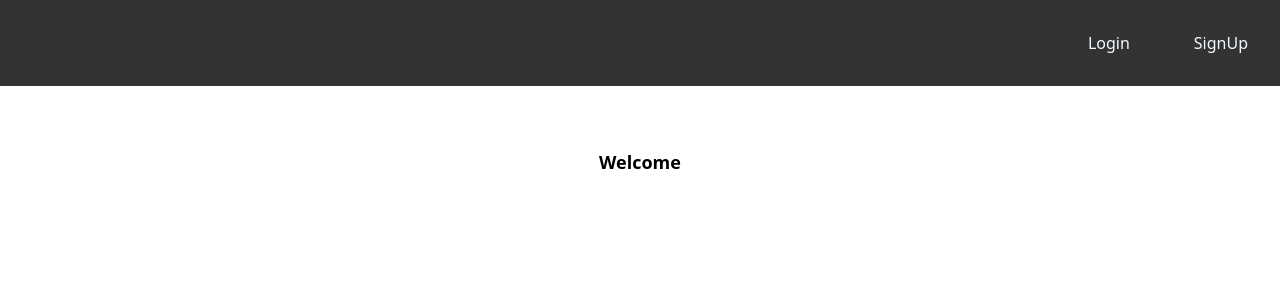
Repository: Ndifoinhilary/authentication
Page: http://localhost/
An editor plug-in stored every save of this project. The page is shown before and after the next save, followed by the edit.
The browser window is 1280 px wide. The pictures show the whole page.
The page is served by the project's application, run on Django 3.2 (manage.py).

Above is the page before, as saved 2024-01-05 17:31:04.

After the next save:
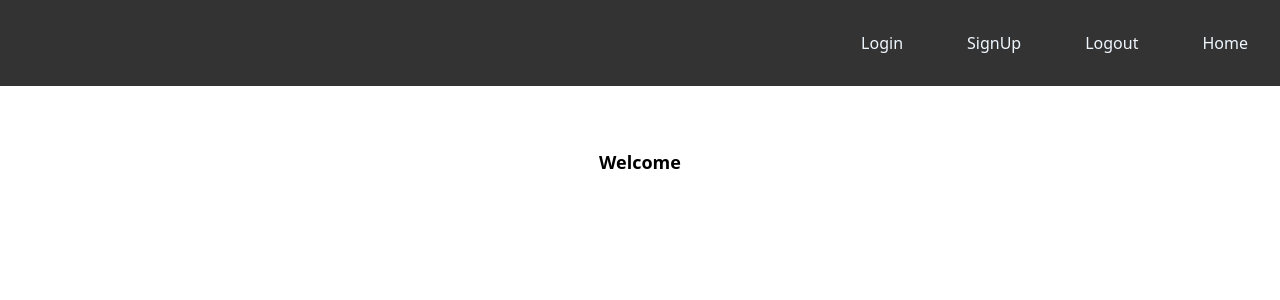
Saved 2 min 9 s later.
--- a/Auth/templates/home.html
+++ b/Auth/templates/home.html
@@ -10,12 +10,12 @@
 <body>
     <nav class="navbar">
 
-        {% if request.user.is_authenticated %}
+
         <a href="{% url 'home' %}">Home</a>
         <a href="{% url 'logout' %}">Logout</a>
 
 
-        {% endif %}
+
         <a href="{% url 'register' %}">SignUp</a>
         <a href="{% url 'login' %}">Login</a>
 
@@ -27,11 +27,7 @@
     </nav>
     <div class="center">
 
-        {% if request.user.is_authenticated %}
-            <h1> Welcome {{user.email}}  </h1>
-            {% else %}
-            <h1> Welcome   </h1>
-        {% endif %}
+    <h1> Welcome {{user.email}}  </h1>
 
     </div>
 </body>

After the save that followed:
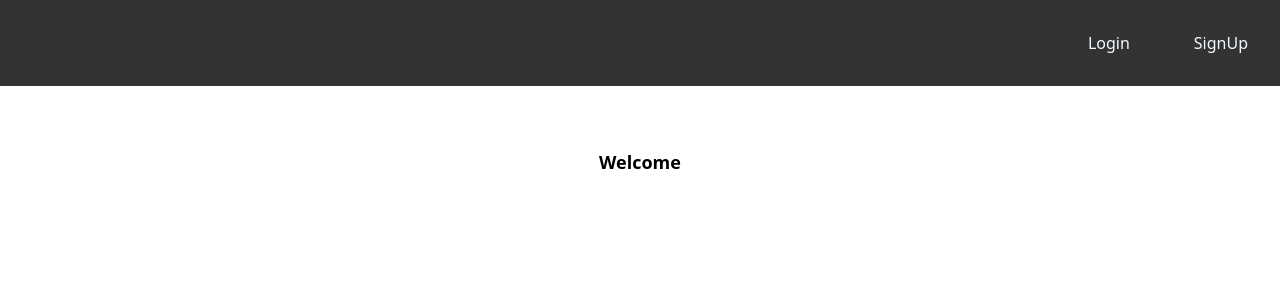
Saved 4 min 6 s later.
--- a/Auth/templates/home.html
+++ b/Auth/templates/home.html
@@ -11,10 +11,10 @@
     <nav class="navbar">
 
 
+        {% if user.is_authenticated %}
         <a href="{% url 'home' %}">Home</a>
         <a href="{% url 'logout' %}">Logout</a>
-
-
+        {% endif %}
 
         <a href="{% url 'register' %}">SignUp</a>
         <a href="{% url 'login' %}">Login</a>
